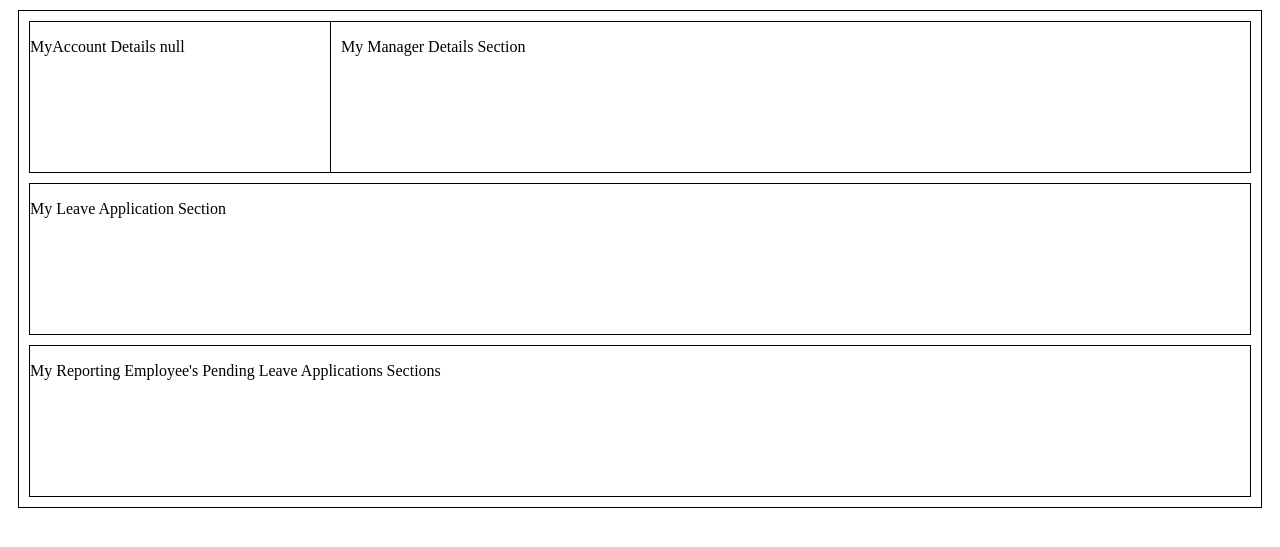
Repository: rkmr039/EMS_PROJECT
Page: http://localhost/EMS/dashboard.jsp
These files come from the project's save history. The page is drawn as it stood at one moment and after the next save; the edit follows.
The browser window is 1280 px wide. The pictures show the whole page.
The page is served by Tomcat 9. Other server files are loaded and not shown.

Above is the page before, as saved 2019-08-26 13:21:55.

### EMS/WebContent/dashboard.jsp
<%@ page language="java" contentType="text/html; charset=ISO-8859-1"
    pageEncoding="ISO-8859-1"%>
<!DOCTYPE html PUBLIC "-//W3C//DTD HTML 4.01 Transitional//EN" "http://www.w3.org/TR/html4/loose.dtd">
<html>
<head>
<link rel="stylesheet" type="text/css" href="css/dashboard.css"/>
<meta http-equiv="Content-Type" content="text/html; charset=ISO-8859-1">
<title>Dashboard | EMS</title>
</head>
<body>

	<div id="mainSec">

		<div id="myProfile">
		<p>
			<jsp:include page="MyAccount.jsp" />
		</p>
		</div>
		<div id="mngrProfile">
		<p>
			My Manager Details Section
		</p>
		</div>
		<div id="myLeave">
		<p>
			My Leave Application Section
		</p>
		</div>
		<div id="empLeave">
		<p>
			My Reporting Employee's Pending Leave Applications Sections
		</p>
		</div>
	</div>
</body>
</html>

### EMS/WebContent/MyAccount.jsp
<%@page import="com.hcl.ems.EmsBal"%>
<%@page import="com.hcl.ems.Employ"%>
<%@ page language="java" contentType="text/html; charset=ISO-8859-1"
    pageEncoding="ISO-8859-1"%>
<!DOCTYPE html PUBLIC "-//W3C//DTD HTML 4.01 Transitional//EN" "http://www.w3.org/TR/html4/loose.dtd">
<html>
<head>
<meta http-equiv="Content-Type" content="text/html; charset=ISO-8859-1">
<title>Insert title here</title>
</head>
<body>

	<%

	out.println("MyAccount Details");
	out.println((String)session.getAttribute("EMP_ID"));
	/* 	int EMP_ID = Integer.parseInt((String)session.getAttribute("EMP_ID"));
		out.println(EMP_ID);
		//int EMP_ID = 1000;
		Employ emp = EmsBal.getAccountInfoBal(EMP_ID);
		out.println(emp.getEMP_DPT_NAME()); */

	%>


</body>
</html>

### EMS/WebContent/css/dashboard.css
div {
	margin:10px;
}
#mainSec{

	border:1px solid black;
}
#myProfile{
	height:150px;
	width:300px;
	border:1px solid black;
	float:left;
	margin:10px;
}
#mngrProfile{
	height:150px;
	border:1px solid black;
}
#myLeave{
	height:150px;
	border:1px solid black;
}
#empLeave{
	height:150px;
	border:1px solid black;
}

After the next save:
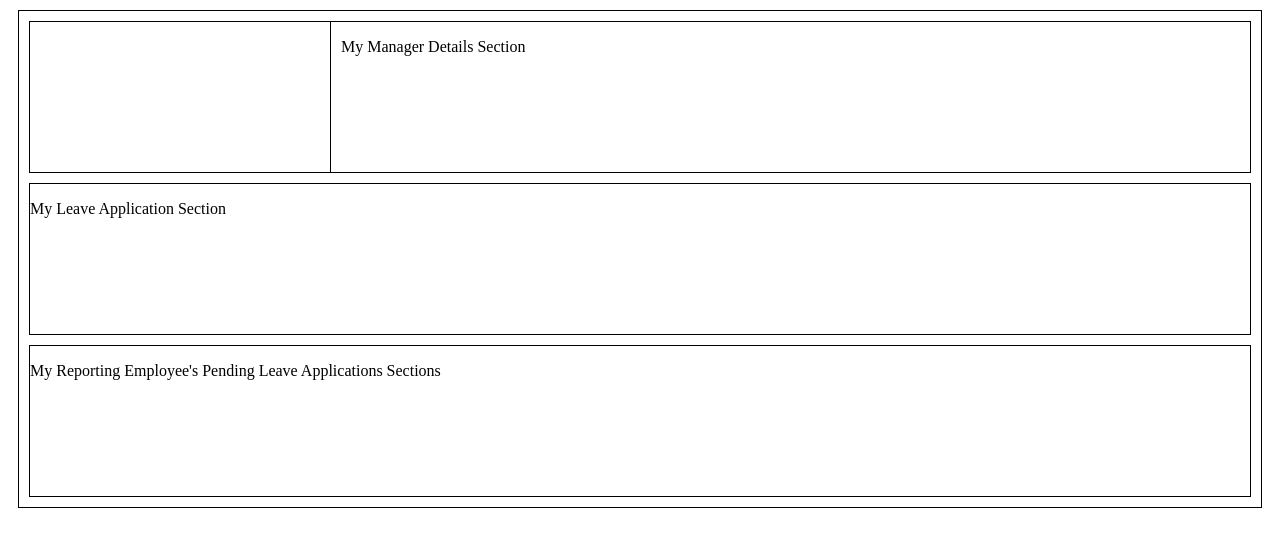
Saved 107 s later.
--- a/EMS/WebContent/dashboard.jsp
+++ b/EMS/WebContent/dashboard.jsp
@@ -13,7 +13,7 @@
 
 		<div id="myProfile">
 		<p>
-			<jsp:include page="MyAccount.jsp" />
+			<%-- <jsp:include page="MyAccount.jsp" /> --%>
 		</p>
 		</div>
 		<div id="mngrProfile">
